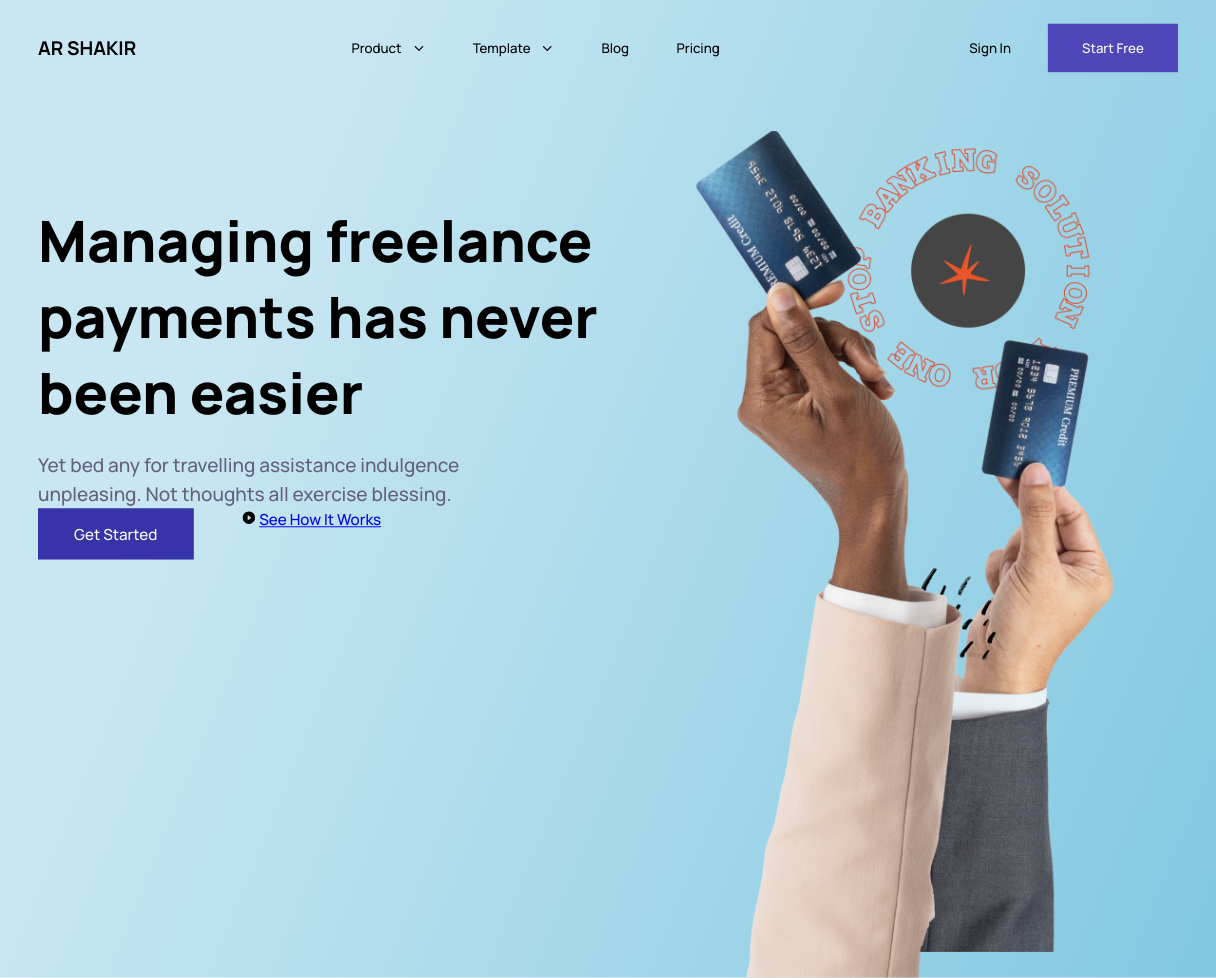
Repository: duongdori/ARShakir
Page: index.html
The author's editor kept a copy of each file at every save. The page is drawn from the files as they stood at one save, then again after the next save.
The browser window is 1280 px wide. The pictures show the whole page, at 95% of full size.

Above is the page before, as saved 2022-04-02 16:36:34.

After the next save:
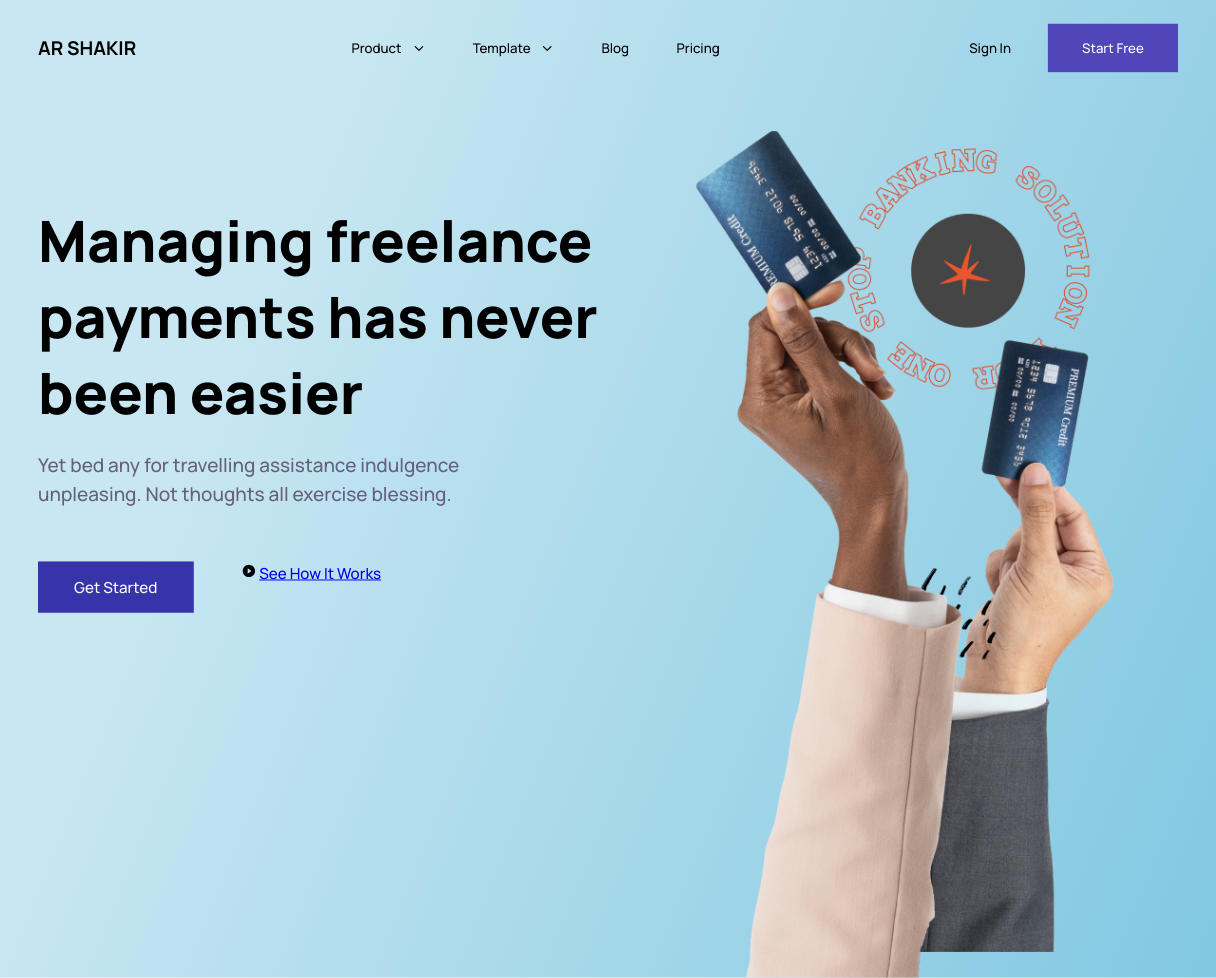
Saved 21 s later.
--- a/assets/css/main.css
+++ b/assets/css/main.css
@@ -149,6 +149,7 @@ body {
 
 .header-content-btn{
     display: flex;
+    margin-top: 56px;
 }
 
 .header-content-getstarted_btn{
